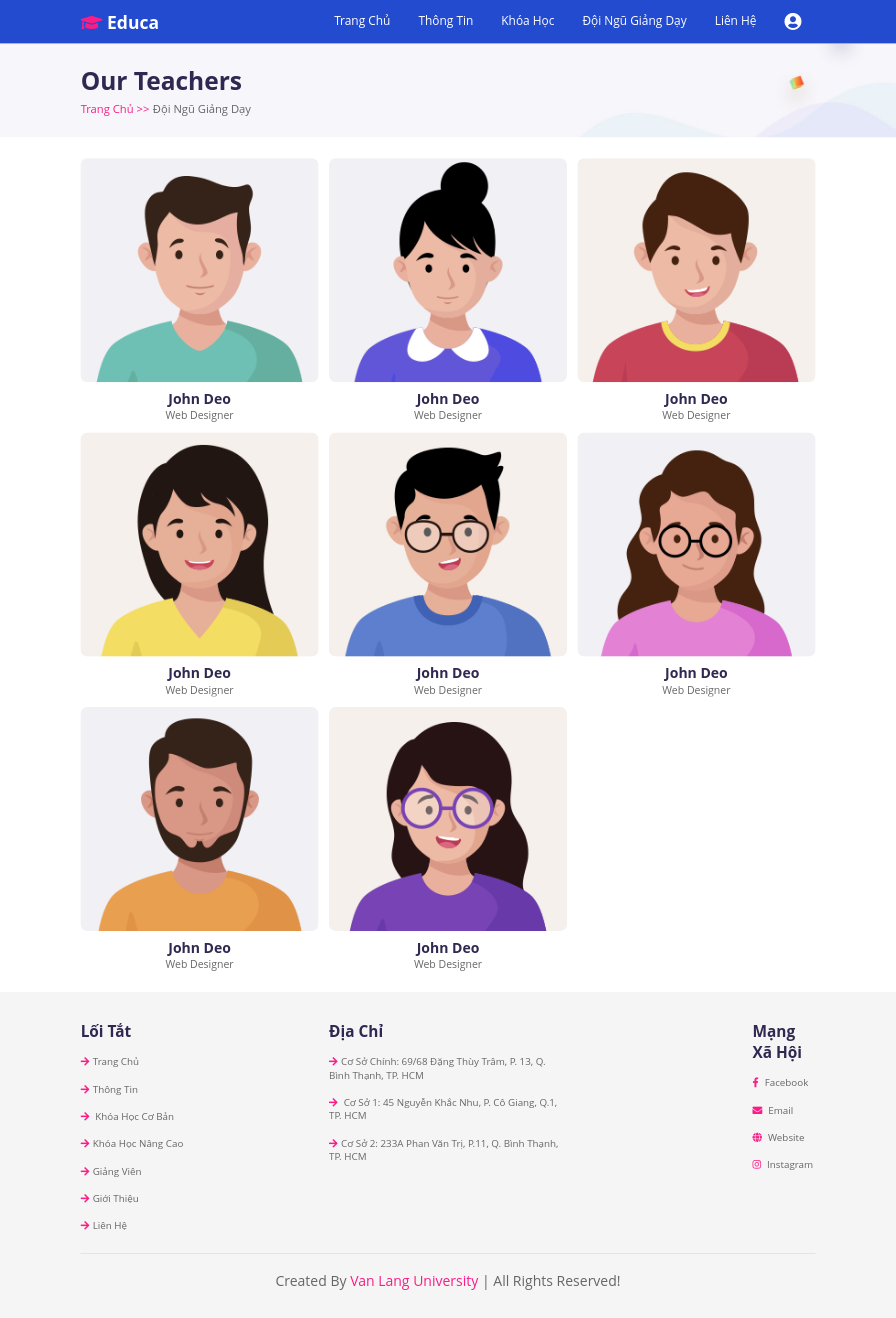
Repository: nhatkhanh022400/Layout
Page: Page-User/teachers.html
An editor plug-in stored every save of this project. The page is shown before and after the next save, followed by the edit.
The browser window is 1280 px wide. The pictures show the whole page, at 70% of full size.

Above is the page before, as saved 2022-03-22 17:14:00.
Console error: ReferenceError: $ is not defined

### Page-User/teachers.html
<!DOCTYPE html>
<html lang="en">
<head>
    <meta charset="UTF-8">
    <meta http-equiv="X-UA-Compatible" content="IE=edge">
    <meta name="viewport" content="width=device-width, initial-scale=1.0">
    <title>teachers</title>

    <!-- font awesome cdn link  -->
    <link rel="stylesheet" href="https://cdnjs.cloudflare.com/ajax/libs/font-awesome/5.15.4/css/all.min.css">

    <!-- custom css file link  -->
    <link rel="stylesheet" href="css/style.css">
    <link rel="stylesheet" href="https://unpkg.com/aos@next/dist/aos.css" />

</head>
<body>

<!-- header section starts  -->

<header class="header" data-aos="slide-down" data-aos-duration="40000">

    <a href="home.html" class="logo"> <i class="fas fa-graduation-cap"></i> educa </a>

    <div id="menu-btn" class="fas fa-bars"></div>

    <nav class="navbar">
        <ul>
            <li><a href="home.html">Trang Chủ</a></li>
            <li><a href="about.html">Thông Tin</a></li>
            <li><a href="#">Khóa Học</a>
                <ul>
                    <li><a href="course-1.html">Khóa Học Cơ Bản</a></li>
                    <li><a href="course-2.html">Khóa Học Nâng Cao </a></li>

                </ul>
            </li>
            <li>
                <a href="#">Đội Ngũ Giảng Dạy</a>
                <ul>
                    <li><a href="blog.html">Giới Thiệu</a></li>
                    <li><a href="teachers.html">Giảng Viên</a></li>
                </ul>
            </li>
            <li><a href="contact.html">Liên Hệ</a></li>
            <li>
                <a href="#">
                    <i class="fas fa-user-circle"></i>
                </a>
                <ul>
                    <li><a href="user.html">Profile</a></li>
                    <li><a href="sign-up.html">Đăng Xuất</a></li>
                </ul>

            </li>
        </ul>
    </nav>

</header>
<!-- header section ends -->

<section class="heading">
    <h3>our teachers</h3>
    <p> <a href="home.html">Trang Chủ >></a>Đội Ngũ Giảng Dạy </p>
</section>

<!-- teachers section starts  -->

<section class="teachers">

    <div class="box">
        <div class="image">
            <img src="images/teacher-1.png" alt="">
            <div class="share">
                <a href="#" class="fab fa-facebook-f"></a>
                <a href="#" class="fab fa-twitter"></a>
                <a href="#" class="fab fa-instagram"></a>
                <a href="#"><i class="fas fa-mobile-alt"></i></a>
            </div>
        </div>
        <div class="content">
            <h3>john deo</h3>
            <span>web designer</span>
        </div>
    </div>

    <div class="box">
        <div class="image">
            <img src="images/teacher-2.png" alt="">
            <div class="share">
                <a href="#" class="fab fa-facebook-f"></a>
                <a href="#" class="fab fa-twitter"></a>
                <a href="#" class="fab fa-instagram"></a>
                <a href="#"><i class="fas fa-mobile-alt"></i></a>
            </div>
        </div>
        <div class="content">
            <h3>john deo</h3>
            <span>web designer</span>
        </div>
    </div>

    <div class="box">
        <div class="image">
            <img src="images/teacher-3.png" alt="">
            <div class="share">
                <a href="#" class="fab fa-facebook-f"></a>
                <a href="#" class="fab fa-twitter"></a>
                <a href="#" class="fab fa-instagram"></a>
                <a href="#"><i class="fas fa-mobile-alt"></i></a>
            </div>
        </div>
        <div class="content">
            <h3>john deo</h3>
            <span>web designer</span>
        </div>
    </div>

    <div class="box">
        <div class="image">
            <img src="images/teacher-4.png" alt="">
            <div class="share">
                <a href="#" class="fab fa-facebook-f"></a>
                <a href="#" class="fab fa-twitter"></a>
                <a href="#" class="fab fa-instagram"></a>
                <a href="#"><i class="fas fa-mobile-alt"></i></a>
            </div>
        </div>
        <div class="content">
            <h3>john deo</h3>
            <span>web designer</span>
        </div>
    </div>

    <div class="box">
        <div class="image">
            <img src="images/teacher-5.png" alt="">
            <div class="share">
                <a href="#" class="fab fa-facebook-f"></a>
                <a href="#" class="fab fa-twitter"></a>
                <a href="#" class="fab fa-instagram"></a>
                <a href="#"><i class="fas fa-mobile-alt"></i></a>
            </div>
        </div>
        <div class="content">
            <h3>john deo</h3>
            <span>web designer</span>
        </div>
    </div>

    <div class="box">
        <div class="image">
            <img src="images/teacher-6.png" alt="">
            <div class="share">
                <a href="#" class="fab fa-facebook-f"></a>
                <a href="#" class="fab fa-twitter"></a>
                <a href="#" class="fab fa-instagram"></a>
                <a href="#"><i class="fas fa-mobile-alt"></i></a>
            </div>
        </div>
        <div class="content">
            <h3>john deo</h3>
            <span>web designer</span>
        </div>
    </div>

    <div class="box">
        <div class="image">
            <img src="images/teacher-7.png" alt="">
            <div class="share">
                <a href="#" class="fab fa-facebook-f"></a>
                <a href="#" class="fab fa-twitter"></a>
                <a href="#" class="fab fa-instagram"></a>
                <a href="#"><i class="fas fa-mobile-alt"></i></a>
            </div>
        </div>
        <div class="content">
            <h3>john deo</h3>
            <span>web designer</span>
        </div>
    </div>

    <div class="box">
        <div class="image">
            <img src="images/teacher-8.png" alt="">
            <div class="share">
                <a href="#" class="fab fa-facebook-f"></a>
                <a href="#" class="fab fa-twitter"></a>
                <a href="#" class="fab fa-instagram"></a>
                <a href="#"><i class="fas fa-mobile-alt"></i></a>
            </div>
        </div>
        <div class="content">
            <h3>john deo</h3>
            <span>web designer</span>
        </div>
    </div>

</section>

<!-- teachers section ends -->












<!-- footer section starts  -->

<section class="footer" data-aos="fade-right" data-aos-duration="40000">

    <div class="box-container">

        <div class="box">
            <h3>Lối Tắt</h3>
            <a href="home.html"> <i class="fas fa-arrow-right"></i>Trang Chủ</a>
            <a href="about.html"> <i class="fas fa-arrow-right"></i>Thông Tin </a>
            <a href="course-1.html"> <i class="fas fa-arrow-right"></i> Khóa Học Cơ Bản</a>
            <a href="course-2.html"> <i class="fas fa-arrow-right"></i>Khóa Học Nâng Cao</a>
            <a href="teachers.html"> <i class="fas fa-arrow-right"></i>Giảng Viên</a>
            <a href="blog.html"> <i class="fas fa-arrow-right"></i>Giới Thiệu</a>
            <a href="contact.html"> <i class="fas fa-arrow-right"></i>Liên Hệ</a>
        </div>

        <div class="box">
            <h3>Địa Chỉ</h3>
            <a href="#"> <i class="fas fa-arrow-right"></i>Cơ sở chính: 69/68 Đặng Thùy Trâm, P. 13, Q. Bình Thạnh, TP. HCM</a>
            <a href="#"> <i class="fas fa-arrow-right"></i> Cơ sở 1: 45 Nguyễn Khắc Nhu, P. Cô Giang, Q.1, TP. HCM</a>
            <a href="#"> <i class="fas fa-arrow-right"></i>Cơ sở 2: 233A Phan Văn Trị, P.11, Q. Bình Thạnh, TP. HCM</a>

        </div>

        <div class="box" style="margin-left: 25rem;">
            <h3>Mạng Xã Hội</h3>
            <a href="#"> <i class="fab fa-facebook-f"></i> facebook </a>
            <a href="#"> <i class="fas fa-envelope"></i> email</a>
            <a href="#"> <i class="fas fa-globe"></i> website </a>
            <a href="#"> <i class="fab fa-instagram"></i> instagram </a>

        </div>

    </div>

    <div class="credit"> created by <span>Van Lang University</span> | all rights reserved! </div>

</section>

<!-- footer section ends -->

<!-- custom js file link  -->
<script src="js/script.js"></script>
<script src="https://unpkg.com/aos@next/dist/aos.js"></script>
    <script>
        AOS.init();
    </script>

</body>
</html>

Loaded but not shown: Page-User/js/script.js (21 lines, source omitted); Page-User/css/style.css (838 lines, source omitted)

After the next save:
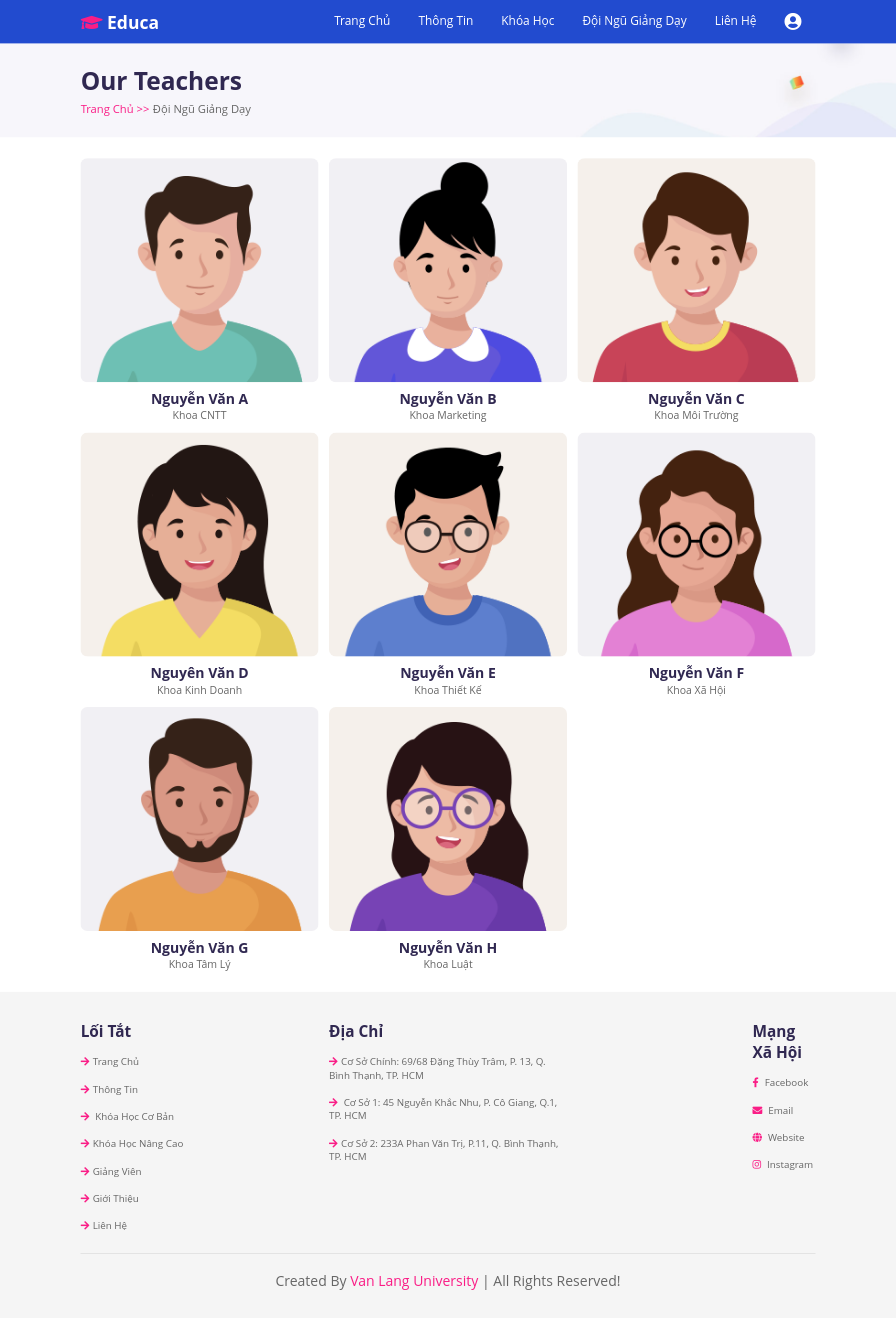
Saved 3 min 30 s later.
--- a/Page-User/teachers.html
+++ b/Page-User/teachers.html
@@ -79,8 +79,8 @@
             </div>
         </div>
         <div class="content">
-            <h3>john deo</h3>
-            <span>web designer</span>
+            <h3>nguyễn văn a</h3>
+            <span>khoa CNTT</span>
         </div>
     </div>
 
@@ -95,8 +95,8 @@
             </div>
         </div>
         <div class="content">
-            <h3>john deo</h3>
-            <span>web designer</span>
+            <h3>nguyễn văn b</h3>
+            <span>khoa Marketing</span>
         </div>
     </div>
 
@@ -111,8 +111,8 @@
             </div>
         </div>
         <div class="content">
-            <h3>john deo</h3>
-            <span>web designer</span>
+            <h3>nguyễn văn c</h3>
+            <span>khoa môi trường</span>
         </div>
     </div>
 
@@ -127,8 +127,8 @@
             </div>
         </div>
         <div class="content">
-            <h3>john deo</h3>
-            <span>web designer</span>
+            <h3>nguyên văn d</h3>
+            <span>khoa kinh doanh</span>
         </div>
     </div>
 
@@ -143,8 +143,8 @@
             </div>
         </div>
         <div class="content">
-            <h3>john deo</h3>
-            <span>web designer</span>
+            <h3>nguyễn văn e</h3>
+            <span>khoa thiết kế</span>
         </div>
     </div>
 
@@ -159,8 +159,8 @@
             </div>
         </div>
         <div class="content">
-            <h3>john deo</h3>
-            <span>web designer</span>
+            <h3>nguyễn văn f</h3>
+            <span>khoa xã hội</span>
         </div>
     </div>
 
@@ -175,8 +175,8 @@
             </div>
         </div>
         <div class="content">
-            <h3>john deo</h3>
-            <span>web designer</span>
+            <h3>nguyễn văn g</h3>
+            <span>khoa tâm lý</span>
         </div>
     </div>
 
@@ -191,8 +191,8 @@
             </div>
         </div>
         <div class="content">
-            <h3>john deo</h3>
-            <span>web designer</span>
+            <h3>nguyễn văn h</h3>
+            <span>khoa luật</span>
         </div>
     </div>
 
